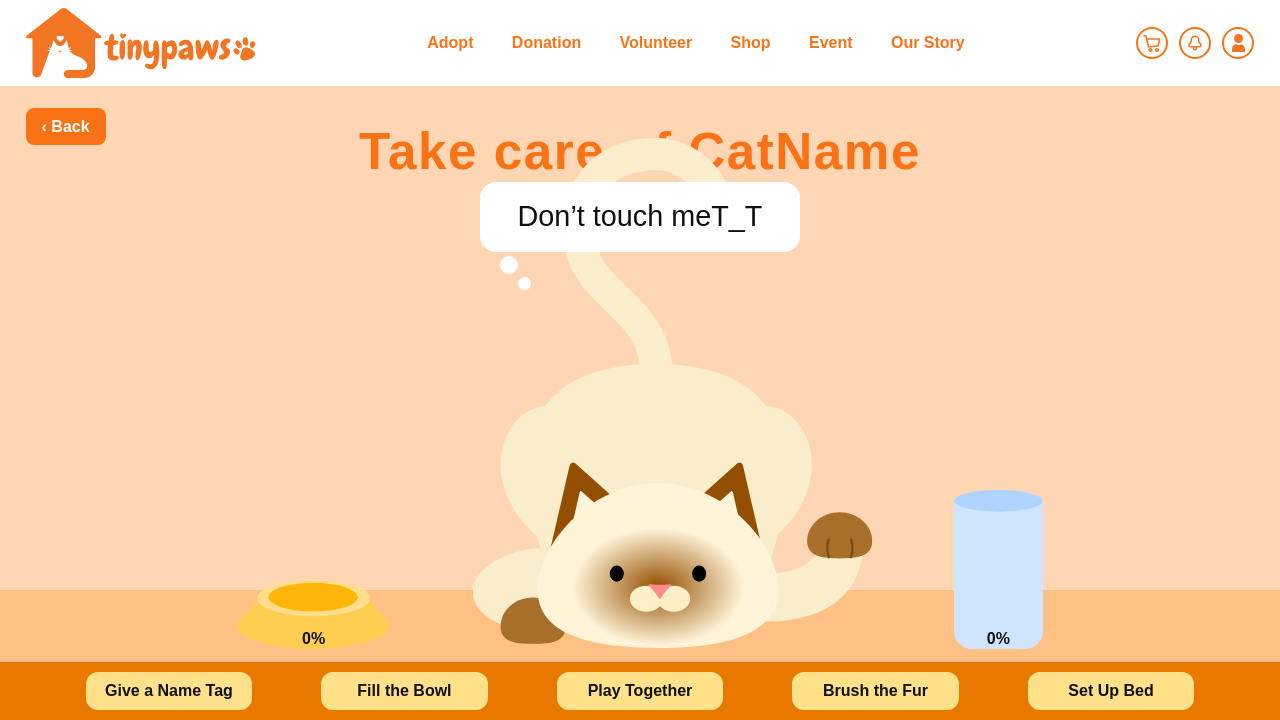
Repository: LShuyanLi/TinyPaws
Page: /, after clicking the first element matching `div > div`
These files come from the project's save history. The page is drawn as it stood at one moment and after the next save; the edit follows.
The browser window is 1280 px wide. The pictures show the whole page.
The project was rebuilt for these pictures with package versions that can differ from the ones it lists, and the page was loaded fresh each time. The framework's server and built-in components were replaced by stand-ins that run in the browser. Also part of the build but not shown: next.config.mjs.

Above is the page before, as saved 2026-05-09 23:50:14.

### app/layout.js
import { Geist, Geist_Mono } from "next/font/google";
import "./globals.css";

const geistSans = Geist({
  variable: "--font-geist-sans",
  subsets: ["latin"],
});

const geistMono = Geist_Mono({
  variable: "--font-geist-mono",
  subsets: ["latin"],
});

export const metadata = {
  title: "Create Next App",
  description: "Generated by create next app",
};

export default function RootLayout({ children }) {
  return (
    <html lang="en" className={`${geistSans.variable} ${geistMono.variable}`}>
      <body>{children}</body>
    </html>
  );
}

### app/page.js
"use client";

import { useState } from "react";

import Header from "@/components/shared/Header";
import ChooseScreen from "@/components/shuyan/ChooseScreen";
import PlayScreen from "@/components/shuyan/PlayScreen";



export default function Home() {
  const [screen, setScreen] = useState("choose");
  const [selectedCat, setSelectedCat] = useState(null);

  function goToChoose() {
    setScreen("choose");
  }

  function goToPlay(catImage) {
    setSelectedCat(catImage);
    setScreen("play");
  }

  return (
    <main
      style={{
        width: "100vw",
        height: "100vh",
        margin: 0,
        overflow: "hidden",
        fontFamily: "Arial, Helvetica, sans-serif",
        backgroundColor: "#ffd6b3",
      }}
    >
      <Header />

      {screen === "choose" && (
        <ChooseScreen goToPlay={goToPlay} />
      )}

      {screen === "play" && (
        <PlayScreen
        goToChoose={goToChoose}
        selectedCat={selectedCat} />
      )}
    </main>
  );
}

### app/globals.css
:root {
  --background: #ffffff;
  --foreground: #171717;
}

@media (prefers-color-scheme: dark) {
  :root {
    --background: #0a0a0a;
    --foreground: #ededed;
  }
}

html {
  height: 100%;
}

html,
body {
  max-width: 100vw;
  overflow-x: hidden;
}

body {
  min-height: 100%;
  display: flex;
  flex-direction: column;
  color: var(--foreground);
  background: var(--background);
  font-family: Arial, Helvetica, sans-serif;
  -webkit-font-smoothing: antialiased;
  -moz-osx-font-smoothing: grayscale;
}

* {
  box-sizing: border-box;
  padding: 0;
  margin: 0;
}

a {
  color: inherit;
  text-decoration: none;
}

@media (prefers-color-scheme: dark) {
  html {
    color-scheme: dark;
  }
}

### components/shared/Header.jsx
// Displays the decorative top navigation area with the logo, nav menu, and icons.

export default function Header() {
  return (
    <header
      style={{
        width: "100%",
        height: "12vh",
        backgroundColor: "#ffffff",
        display: "flex",
        alignItems: "center",
        justifyContent: "space-between",
        padding: "0 2vw",
        boxSizing: "border-box",
      }}
    >
      <img
        src="/Logo.svg"
        alt="TinyPaws logo"
        style={{
          width: "18vw",
          minWidth: "150px",
          maxWidth: "270px",
          height: "auto",
        }}
      />

      <nav
        style={{
          display: "flex",
          gap: "3vw",
          color: "#f97316",
          fontWeight: "700",
          fontSize: "1rem",
        }}
      >
        <span>Adopt</span>
        <span>Donation</span>
        <span>Volunteer</span>
        <span>Shop</span>
        <span>Event</span>
        <span>Our Story</span>
      </nav>

      <div
        style={{
          display: "flex",
          gap: "0.7rem",
        }}
      >
        <button style={iconButtonStyle}>
         <img src="/chart.svg" style={iconImageStyle} />
        </button>

        <button style={iconButtonStyle}>
          <img src="/bell.svg" style={iconImageStyle} />
        </button>

        <button style={iconButtonStyle}>
         <img src="/user.svg" style={iconImageStyle} />
        </button>
      </div>
    </header>
  );
}

const iconButtonStyle = {
  width: "2rem",
  height: "2rem",
  border: "2px solid #f97316",
  borderRadius: "50%",
  backgroundColor: "#ffffff",
  color: "#f97316",
  cursor: "pointer",
  display: "flex",
  alignItems: "center",
  justifyContent: "center",
};

const iconImageStyle = {
  width: "1.1rem",
  height: "1.1rem",
  objectFit: "contain",
  display: "block",
};

### components/shuyan/ChooseScreen.jsx
import PokeCatBall from "@/components/shuyan/PokeCatBall";

export default function ChooseScreen({ goToPlay }) {

    return (
        <section
        style={{
            position: "relative",
            width: "100%",
            height: "88vh",
            backgroundColor: "#ffd6b3",
        }}
        >

        <h1
            style={{
            margin: 0,
            paddingTop: "5vh",
            textAlign: "center",
            color: "#f97316",
            fontSize: "clamp(2rem, 4vw, 3.3rem)",
            fontWeight: "700",
            letterSpacing: "0.03em",
            }}
        >
            Choose Your New Little Friend
        </h1>

        <div
            style={{
            position: "relative",
            zIndex: 5,
            width: "100%",
            display: "flex",
            justifyContent: "space-around",
            alignItems: "flex-start",
            marginTop: "8vh",
            padding: "0 4vw",
            boxSizing: "border-box",
            }}
        >
            <PokeCatBall
                closeBall="/CloseBall.svg"
                openBall="/OpenBall-1.svg"
                catImage="/cat-1.svg"
                goToPlay={goToPlay} />
            <PokeCatBall
                closeBall="/CloseBall.svg"
                openBall="/OpenBall-2.svg"
                catImage="/cat-2.svg"
                goToPlay={goToPlay} />
            <PokeCatBall
                closeBall="/CloseBall.svg"
                openBall="/OpenBall-3.svg"
                catImage="/cat-3.svg"
                goToPlay={goToPlay} />
        </div>

        <div
            style={{
            position: "absolute",
            left: 0,
            bottom: "7.5vh",
            width: "100%",
            height: "10vh",
            backgroundColor: "#ffc083",
            }}
        />

        <div
            style={{
            position: "absolute",
            left: 0,
            bottom: 0,
            width: "100%",
            height: "7.5vh",
            backgroundColor: "#e97800",
            }}
        />
        </section>
    );
}

### components/shuyan/PlayScreen.jsx
// PlayScreen.jsx: Builds the main cat play screen with the background, cat area, feeding area, tools, bed, and bottom buttons.

import BackButton from "@/components/shuyan/BackButton";
import BottomActionBar from "@/components/shuyan/BottomActionBar";
import CatDisplay from "@/components/shared/CatDisplay";
import FoodBowl from "@/components/Jinwon/FoodBowl";
import WaterBottle from "@/components/Jinwon/WaterBottle";
import CatEmotion from "@/components/Jessica/CatEmotion";

export default function PlayScreen({ goToChoose, selectedCat }) {
  return (
    <section
      style={{
        position: "relative",
        width: "100%",
        height: "88vh",
        backgroundColor: "#ffd6b3",
        overflow: "hidden",
      }}
    >
      <BackButton goToChoose={goToChoose}/>

      <h1
        style={{
          margin: 0,
          paddingTop: "5vh",
          textAlign: "center",
          color: "#f97316",
          fontSize: "clamp(2rem, 4vw, 3.3rem)",
          fontWeight: "700",
          letterSpacing: "0.03em",
          position: "relative",
          zIndex: 5,
        }}
      >
        Take care of CatName
      </h1>

      {/* Light orange ground */}
      <div
        style={{
          position: "absolute",
          left: 0,
          bottom: "8vh",
          width: "100%",
          height: "10vh",
          backgroundColor: "#ffc083",
          zIndex: 1,
        }}
      />

      {/* Main play area */}
      <div
        style={{
          position: "absolute",
          left: "50%",
          bottom: "10vh",
          transform: "translateX(-50%)",
          width: "75vw",
          height: "50vh",
          zIndex: 5,
        }}
      >
        <CatEmotion />
        <FoodBowl />
        <CatDisplay selectedCat={selectedCat}/>
        <WaterBottle />
      </div>

      <BottomActionBar />
    </section>
  );
}

### components/shuyan/PokeCatBall.jsx
"use client";
// Displays one selectable pokeCAT ball and shows its cat preview on hover.

import { useState } from "react";

export default function PokeCatBall({ closeBall, openBall, goToPlay, catImage }) {

    const [isHover, setIsHover] = useState(false);

    function pokecatBall() {
        if (!isHover) {
            return closeBall;
        } else {
            return openBall;
        }
    }

    return (
        <div
            onClick={() => goToPlay(catImage)}
            onMouseEnter={() => setIsHover(true)}
            onMouseLeave={() => setIsHover(false)}
            style={{
                width: "24vw",
                maxWidth: "380px",
                minWidth: "230px",
                height: "50vh",
                display: "flex",
                alignItems: "flex-start",
                justifyContent: "center",
                cursor: "pointer"
            }}
        >
        <img
            src={pokecatBall()}
            style={{
            width: "90%",
            objectFit: "contain",
            display: "block",
            }}
        />
        </div>
    );
}

### components/shuyan/BackButton.jsx
// Displays the back button and returns the user to the cat selection screen.


export default function BackButton({ goToChoose }) {
  return (
    <button
        onClick={goToChoose}
        style={{
            position: "absolute",
            top: "3vh",
            left: "2vw",
            backgroundColor: "#f97316",
            color: "#ffffff",
            border: "none",
            borderRadius: "8px",
            padding: "0.6rem 1rem",
            fontSize: "1rem",
            fontWeight: "600",
            cursor: "pointer",
            zIndex: 10,
      }}
    >
      ‹ Back
    </button>
  );
}

### components/shuyan/BottomActionBar.jsx
"use client";

// BottomActionBar.jsx: Displays the bottom interaction buttons and shows each hover bubble.

import { useState } from "react";

export default function BottomActionBar( {
  activeButton,
  setActiveButton,
  setSelectedBed, //these three are for the bed feature
  ballSpeed,
  setBallSpeed, //these two are for the play ball feature
  featherActive,
  setFeatherActive,
}) {
  return (
    <div
      style={{
        position: "absolute",
        left: 0,
        bottom: 0,
        width: "100%",
        height: "8vh",
        backgroundColor: "#e97800",
        display: "flex",
        alignItems: "center",
        justifyContent: "space-around",
        padding: "0 4vw",
        boxSizing: "border-box",
        zIndex: 20,
      }}
    >
      {/* Name button - Elina can connect this to NameTag modal later */}
      <div style={{ position: "relative" }}>
        <button style={buttonStyle}>Give a Name Tag</button>
      </div>

      {/* Feed button - Jinwon */}
      <div
        onMouseEnter={() => setActiveButton("feed")}
        onMouseLeave={() => setActiveButton(null)}
        style={{ position: "relative" }}
      >
        {activeButton === "feed" && (
          <div style={bubbleStyle}>
            <img src="/bubble-3.svg" style={bubbleBackgroundStyle} />

            {/* dry food option - Jinwon can add onClick here */}
            <img
              src="/dryfood.svg"
              style={{
                position: "absolute",
                top: "8%",
                left: "50%",
                transform: "translateX(-50%)",
                width: "45%",
                height: "auto",
                cursor: "pointer",
              }}
            />

            {/* wet food option - Jinwon can add onClick here */}
            <img
              src="/wetfood.svg"
              style={{
                position: "absolute",
                top: "34%",
                left: "50%",
                transform: "translateX(-50%)",
                width: "45%",
                height: "auto",
                cursor: "pointer",
              }}
            />

            {/* water option - Jinwon can add onClick here */}
            <img
              src="/water.svg"
              style={{
                position: "absolute",
                top: "60%",
                left: "50%",
                transform: "translateX(-50%)",
                width: "38%",
                height: "auto",
                cursor: "pointer",
              }}
            />
          </div>
        )}

        <button style={buttonStyle}>Fill the Bowl</button>
      </div>

      {/* Play button - Jonah handles ball/feather, Elina handles hand */}
      <div
        style={{ position: "relative" }}
      >
        {activeButton === "play" && (
          <div style={bubbleStyle}>
            <img src="/bubble-3.svg" style={bubbleBackgroundStyle} />

            {/* ball option - Jonah can add onClick here */}
            <img
              src="/ball.svg"
                onClick={() => {
                setFeatherActive(false);

                setBallSpeed(prev =>
                  prev === "stop"
                    ? "slow"
                    : prev === "slow"
                    ? "fast"
                    : "stop"
                );
              }}
              style={{
                position: "absolute",
                top: "8%",
                left: "50%",
                transform: "translateX(-50%)",
                width: "42%",
                height: "auto",
                cursor: "pointer",
                opacity: ballSpeed === "stop" ? 0.5 : 1
              }}
            />

            {/* feather option - Jonah can add onClick here */}
            <img
              src="/feather.svg"
              onClick={() => {
                setBallSpeed("stop");
                setFeatherActive(prev => !prev);
              }}
              style={{
                position: "absolute",
                top: "30%",
                left: "50%",
                transform: "translateX(-50%)",
                width: "55%",
                height: "auto",
                cursor: "pointer",
              }}
            />

            {/* hand option - Elina can add onClick here */}
            <img
              src="/hand.svg"
              style={{
                position: "absolute",
                top: "55%",
                left: "50%",
                transform: "translateX(-50%)",
                width: "42%",
                height: "auto",
                cursor: "pointer",
              }}
            />
          </div>
        )}

        <button
          style={buttonStyle}
          onClick={() =>
            setActiveButton(activeButton === "play" ? null : "play")
          }
        >Play Together</button>
      </div>

      {/* Brush button - Elina */}
      <div
        onMouseEnter={() => setActiveButton("brush")}
        onMouseLeave={() => setActiveButton(null)}
        style={{ position: "relative" }}
      >
        {activeButton === "brush" && (
          <div style={bubbleStyle}>
            <img src="/bubble-1.svg" style={bubbleBackgroundStyle} />

            {/* brush option - Elina can add onClick here */}
            <img
              src="/brush.svg"
              style={{
                position: "absolute",
                top: "22%",
                left: "50%",
                transform: "translateX(-50%)",
                width: "55%",
                height: "auto",
                cursor: "pointer",
              }}
            />
          </div>
        )}

        <button style={buttonStyle}>Brush the Fur</button>
      </div>

      {/* Bed button - Jonah */}
      <div
        style={{ position: "relative" }}
      >
        {activeButton === "bed" && (
          <div style={bubbleStyle}>
            <img src="/bubble-2.svg" style={bubbleBackgroundStyle} />

            {/* yellow bed option - Jonah can add onClick here */}
            <img
              src="/bed-1.svg"
              onClick={() => {
                setSelectedBed(prev =>
                  prev === "yellow" ? null : "yellow"
                );
              }}
              style={{
                position: "absolute",
                top: "12%",
                left: "50%",
                transform: "translateX(-50%)",
                width: "55%",
                height: "auto",
                cursor: "pointer",
              }}
            />

            {/* green bed option - Jonah can add onClick here */}
            <img
              src="/bed-2.png"
              onClick={() => {
                setSelectedBed(prev =>
                  prev === "green" ? null : "green"
                );
              }}
              style={{
                position: "absolute",
                top: "48%",
                left: "50%",
                transform: "translateX(-50%)",
                width: "55%",
                height: "auto",
                cursor: "pointer",
              }}
            />
          </div>
        )}

        <button
          style={buttonStyle}
          onClick={() =>
            setActiveButton(activeButton === "bed" ? null : "bed")
          }
        >Set Up Bed</button>
      </div>
    </div>
  );
}

const buttonStyle = {
  width: "13vw",
  minWidth: "150px",
  maxWidth: "200px",
  height: "2.4rem",
  border: "none",
  borderRadius: "12px",
  backgroundColor: "#ffe18a",
  color: "#111111",
  fontSize: "1rem",
  fontWeight: "600",
  cursor: "pointer",
};

const bubbleStyle = {
  position: "absolute",
  left: "50%",
  bottom: "3.4rem",
  transform: "translateX(-50%)",
  width: "7vw",
  minWidth: "95px",
  maxWidth: "140px",
  zIndex: 40,
};

const bubbleBackgroundStyle = {
  width: "100%",
  height: "auto",
  display: "block",
};

### components/shared/CatDisplay.jsx
// CatDisplay.jsx: Displays the selected cat image on the play screen.

export default function CatDisplay({
  selectedBed,
  ballSpeed,
  featherActive,
}) {
  let catImage = "/cat-1.svg";

  let catStyle = {
    width: "100%",
    height: "100%",
    objectFit: "contain",
    position: "absolute",
    bottom: "0px",
    left: "0px",
  };

  if (featherActive) {
    catImage = "/catreach-1.svg";

    catStyle = {
      ...catStyle,
      width: "103%",
      height: "103%",
      left: "15px",
    }

  } else if (ballSpeed !== "stop") {
    catImage = "/catcrouch-1.svg";

    catStyle = {
      ...catStyle,
      width: "120%",
      height: "120%",
      left: "-10px",
    }

  }

  return (
    <div
      style={{
        position: "absolute",
        left: "50%",
        bottom: "0",
        transform: "translateX(-50%)",
        zIndex: 1,
      }}
    >
      {selectedBed === "yellow" && (
        <img
          src="/yellow-bed.svg"
          style={{
            position: "absolute",
            bottom: "-130px",
            left: "50%",
            transform: "translateX(-50%)",
            width: "30vw",
            minWidth: "200px",
            zIndex: 0,
          }}
        />
      )}

      {selectedBed === "green" && (
        <img
          src="/green-bed.svg"
          style={{
            position: "absolute",
            bottom: "-130px",
            left: "50%",
            transform: "translateX(-50%)",
            width: "30vw",
            minWidth: "200px",
            zIndex: 0,
          }}
        />
      )}
      <div
        style={{
          width: "425px",
          height: "425px",
          position: "relative",
        }}
      >
        <img
          src={catImage}
          style={catStyle}
        />
      </div>
    </div>
  );
}

### components/Jinwon/FoodBowl.jsx
// FoodBowl.jsx: Displays the bowl and shows dry or wet food when the bowl is clicked.

export default function FoodBowl({ bowlType }) {
  const isBowlFilled = bowlType === "dry" || bowlType === "wet";
  const fillImage = bowlType === "wet" ? "/wetfood.svg" : "/dryfood.svg";

  return (
    <div
      style={{
        position: "absolute",
        left: "8%",
        bottom: "0",
        zIndex: 10,
        textAlign: "center",
      }}
    >
      <img
        src="/bowl.svg"
        style={{
          width: "12vw",
          minWidth: "120px",
          maxWidth: "190px",
          height: "auto",
          display: "block",
        }}
      />

      {isBowlFilled && (
        <img
          src={fillImage}
          style={{
            position: "absolute",
            left: "50%",
            bottom: "22px",
            transform: "translateX(-50%)",
            width: "50%",
            height: "auto",
          }}
        />
      )}

      <p
        style={{
          margin: "-1.2rem 0 0",
          color: "#111111",
          fontSize: "1rem",
          fontWeight: "700",
        }}
      >
        {isBowlFilled ? "100%" : "0%"}
      </p>
    </div>
  );
}

### components/Jinwon/WaterBottle.jsx
// WaterBottle.jsx: Displays the water bottle and shows water level when the bottle is clicked.

export default function WaterBottle({ hasWater }) {
  const isBottleFilled = hasWater;

  return (
    <div
      style={{
        position: "absolute",
        right: "8%",
        bottom: "0",
        zIndex: 10,
        textAlign: "center",
      }}
    >
      <img
        src="/water-bottle.svg"
        style={{
          width: "7vw",
          minWidth: "80px",
          maxWidth: "130px",
          height: "auto",
          display: "block",
        }}
      />

      {isBottleFilled && (
        <img
          src="/water.svg"
          style={{
            position: "absolute",
            left: "50%",
            bottom: "22px",
            transform: "translateX(-50%)",
            width: "44%",
            height: "auto",
          }}
        />
      )}

      <p
        style={{
          margin: "-1.2rem 0 0",
          color: "#111111",
          fontSize: "1rem",
          fontWeight: "700",
        }}
      >
        {isBottleFilled ? "100%" : "0%"}
      </p>
    </div>
  );
}

### components/Jessica/CatEmotion.jsx
// CatEmotion.jsx: Displays the cat’s emotion emoji and thought bubble based on interaction results.

export default function CatEmotion() {
  return (
    <div
      style={{
        position: "absolute",
        left: "50%",
        bottom: "55vh",
        transform: "translateX(-50%)",
        zIndex: 30,
      }}
    >
      {/* Thought bubble box */}
      <div
        style={{
          position: "relative",
          width: "320px",
          minHeight: "70px",
          backgroundColor: "#ffffff",
          borderRadius: "16px",
          display: "flex",
          alignItems: "center",
          justifyContent: "center",
          padding: "0 1.5rem",
          boxSizing: "border-box",
          color: "#111111",
          fontSize: "1.8rem",
          fontWeight: "400",
        }}
      >
        Don’t touch meT_T
      </div>

      {/* Small bubble dots */}
      <div
        style={{
          position: "absolute",
          left: "20px",
          bottom: "-22px",
          width: "18px",
          height: "18px",
          backgroundColor: "#ffffff",
          borderRadius: "50%",
        }}
      />

      <div
        style={{
          position: "absolute",
          left: "38px",
          bottom: "-38px",
          width: "13px",
          height: "13px",
          backgroundColor: "#ffffff",
          borderRadius: "50%",
        }}
      />
    </div>
  );
}

After the next save:
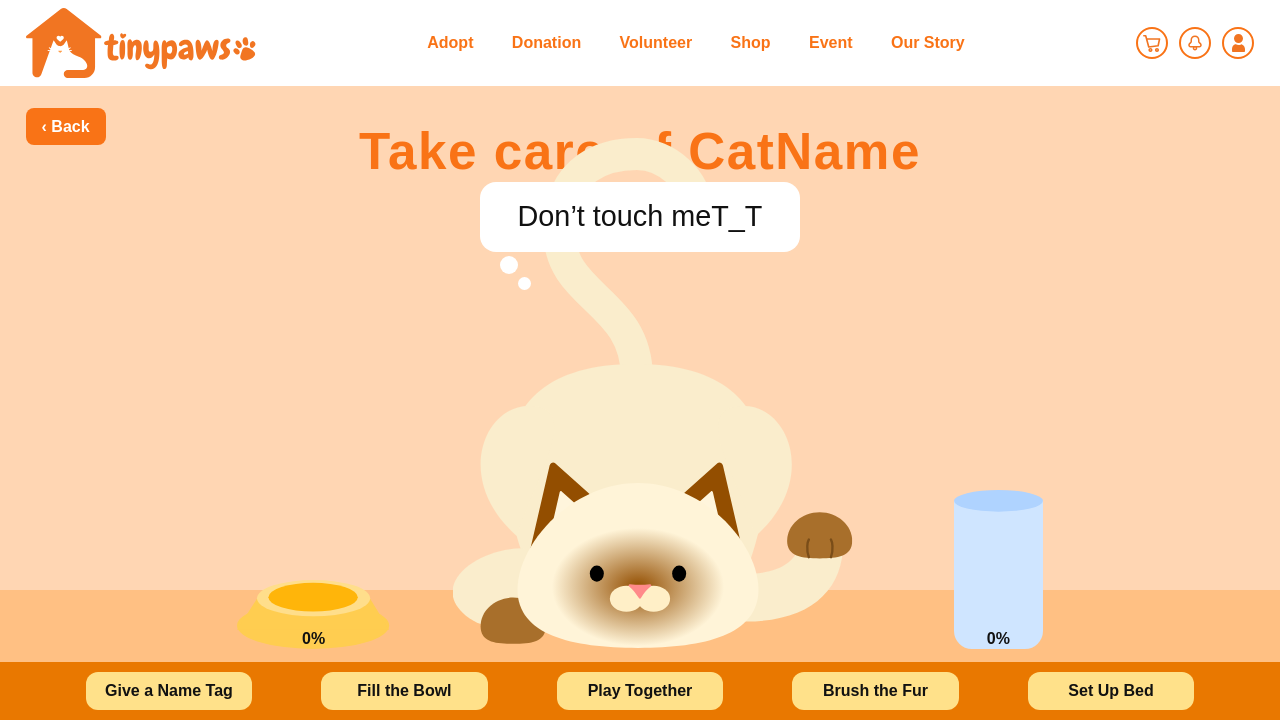
Saved 7 s later.
--- a/components/shared/CatDisplay.jsx
+++ b/components/shared/CatDisplay.jsx
@@ -33,7 +33,7 @@ export default function CatDisplay({
       ...catStyle,
       width: "120%",
       height: "120%",
-      left: "-10px",
+      left: "-30px",
     }
 
   }
